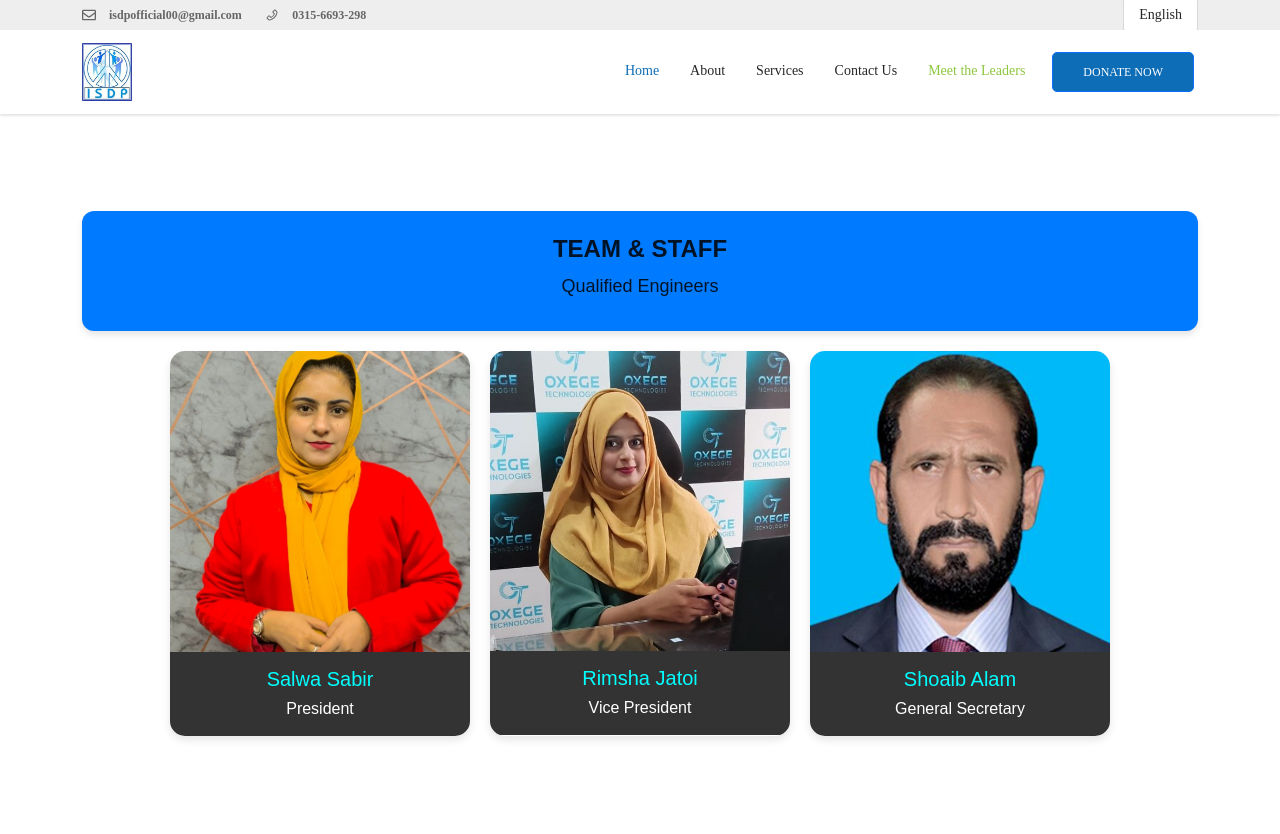
Repository: mfaizanakram8/isdp
Page: team.html
The author's editor kept a copy of each file at every save. The page is drawn from the files as they stood at one save, then again after a run of saves.
The browser window is 1280 px wide. The pictures show the part of the page from y = 0 to 834 px (the page is 1410 px tall).
Pictures or frames that could not be fetched are drawn as grey boxes. Some web fonts or font styles are not loaded; a fallback is used.

Above is the page before, as saved 2025-02-23 00:28:25.

After the next 2 saves:
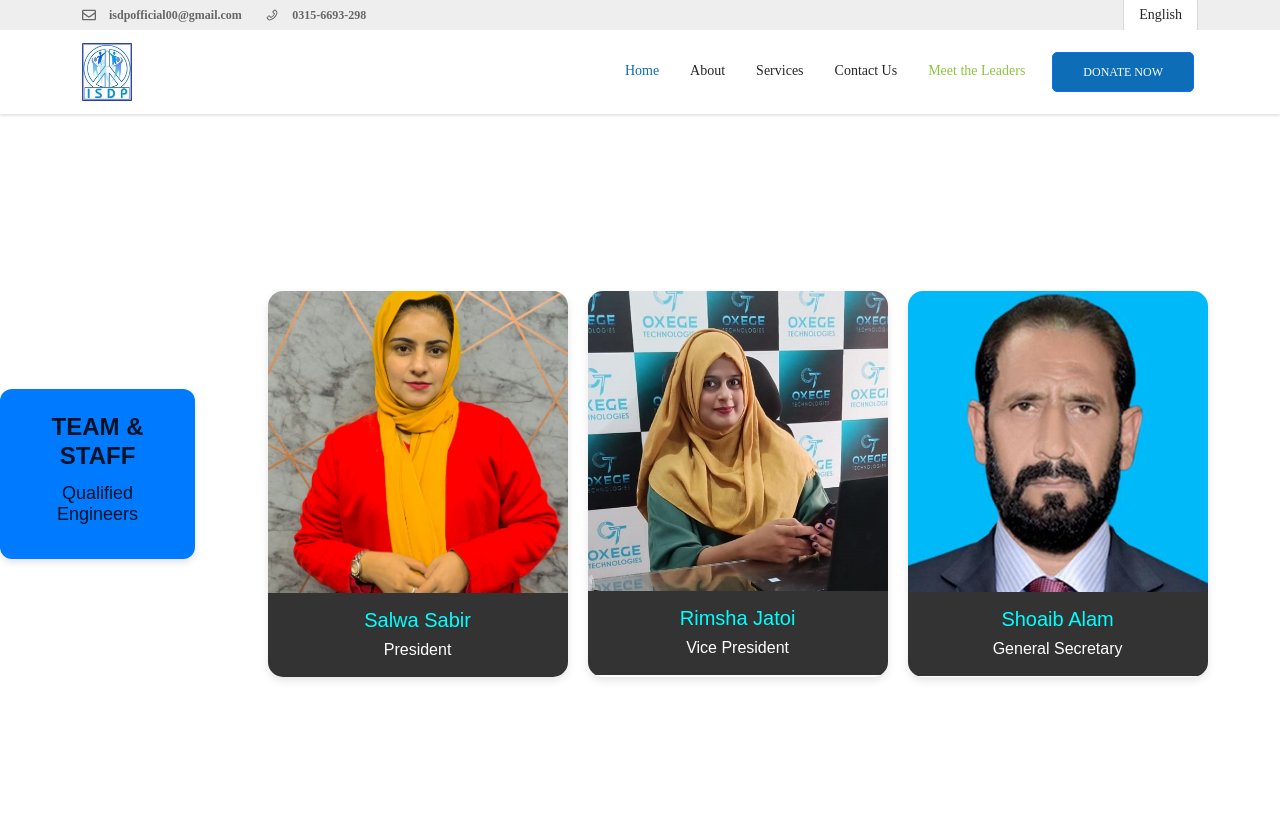
The 2 saves are shown as one change because they came seconds apart.
The last was saved 26 s later.
--- a/team.html
+++ b/team.html
@@ -486,11 +486,12 @@
   <!--Navbar end-->
 
 <div class="maincont">
+  <div style="background-color: #007bff; color: white; border-radius: 12px; padding: 24px; box-shadow: 0px 4px 6px rgba(0, 0, 0, 0.1); text-align: center;">
+    <h1 style="font-size: 24px; font-weight: bold;">TEAM & STAFF</h1>
+    <h2 style="font-size: 18px;">Qualified Engineers</h2>
+</div>
     <div class="container">
-      <div style="background-color: #007bff; color: white; border-radius: 12px; padding: 24px; box-shadow: 0px 4px 6px rgba(0, 0, 0, 0.1); text-align: center;">
-        <h1 style="font-size: 24px; font-weight: bold;">TEAM & STAFF</h1>
-        <h2 style="font-size: 18px;">Qualified Engineers</h2>
-    </div>
+
 
         <div class="team-members">
             <div class="member">
